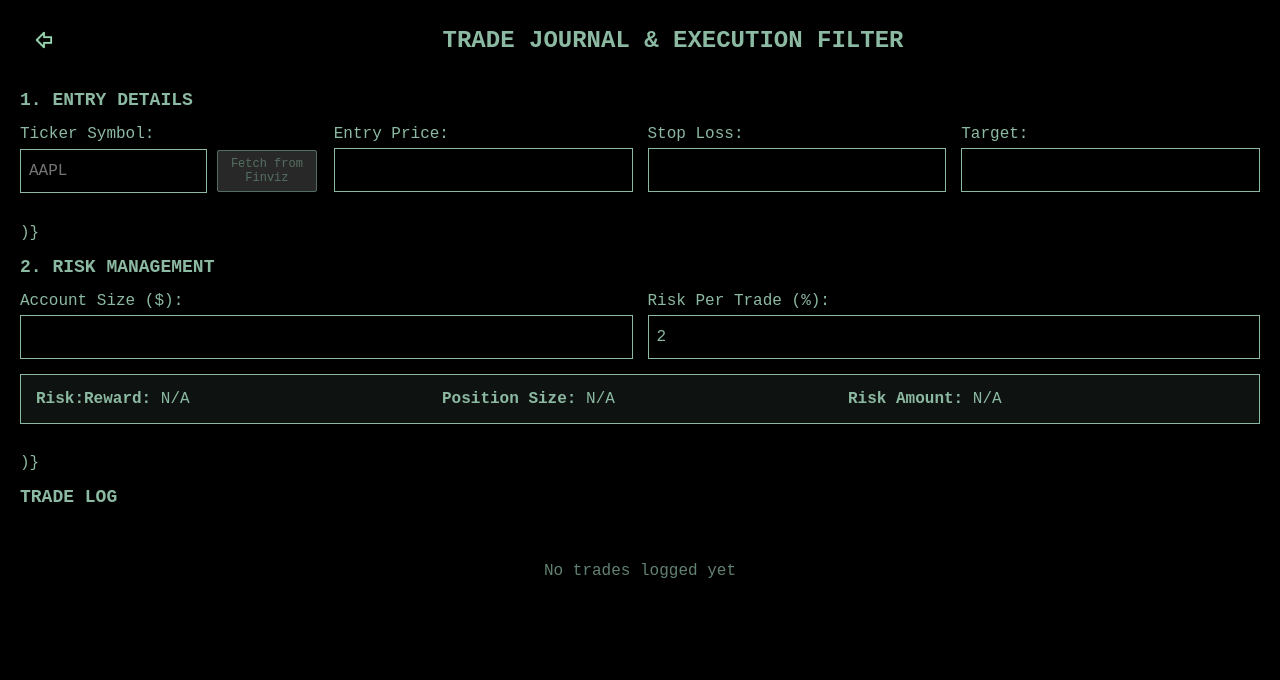
Repository: 11612x/burnlistv1.1
Page: /journal
These files come from the project's save history. The page is drawn as it stood at one moment and after the next save; the edit follows.
The browser window is 1280 px wide. The pictures show the whole page.
The project was rebuilt for these pictures with package versions that can differ from the ones it lists, and the page was loaded fresh each time. Also part of the build but not shown: vite.config.js, src/components/CustomTooltip.jsx, src/logic/portfolioUtils.js, src/components/WatchlistChart.jsx, src/data/randomNames.js, src/data/mockTickerGenerator.js, src/components/NotificationBanner.jsx, src/pages/HomePage.jsx and 22 more.

Above is the page before, as saved 2025-07-25 15:21:16.

After the next save:
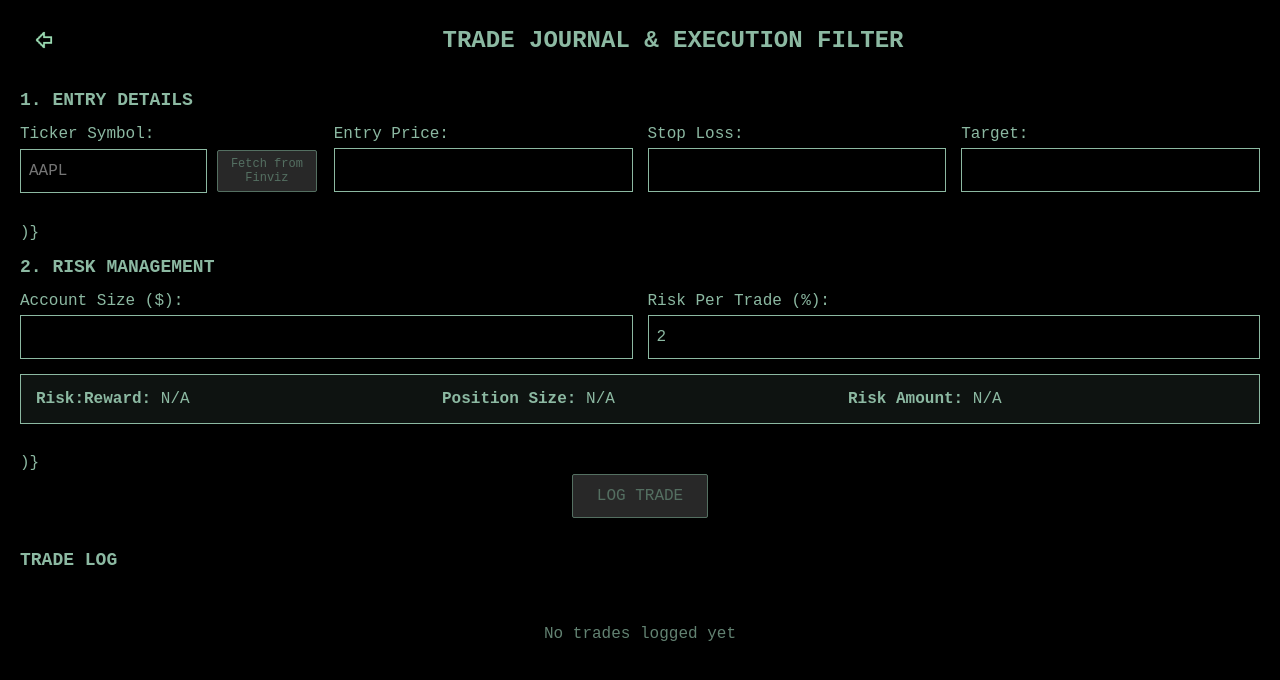
Saved 10 s later.
--- a/src/pages/TradeJournal.jsx
+++ b/src/pages/TradeJournal.jsx
@@ -550,17 +550,15 @@ const TradeJournal = () => {
       )}
 
       {/* Submit Button */}
-      {selectedSetup && (
-        <div style={{ textAlign: 'center', marginBottom: '30px' }}>
-          <CustomButton
-            onClick={handleSubmit}
-            disabled={!ticker || !entryPrice || !stopLoss || !target || (verdict?.type !== 'qualified' && !overrideReason)}
-            style={{ fontSize: '16px', padding: '12px 24px' }}
-          >
-            LOG TRADE
-          </CustomButton>
-        </div>
-      )}
+      <div style={{ textAlign: 'center', marginBottom: '30px' }}>
+        <CustomButton
+          onClick={handleSubmit}
+          disabled={!ticker || !entryPrice || !stopLoss || !target || (verdict?.type !== 'qualified' && !overrideReason)}
+          style={{ fontSize: '16px', padding: '12px 24px' }}
+        >
+          LOG TRADE
+        </CustomButton>
+      </div>
 
       {/* Trade Log */}
       <div>
